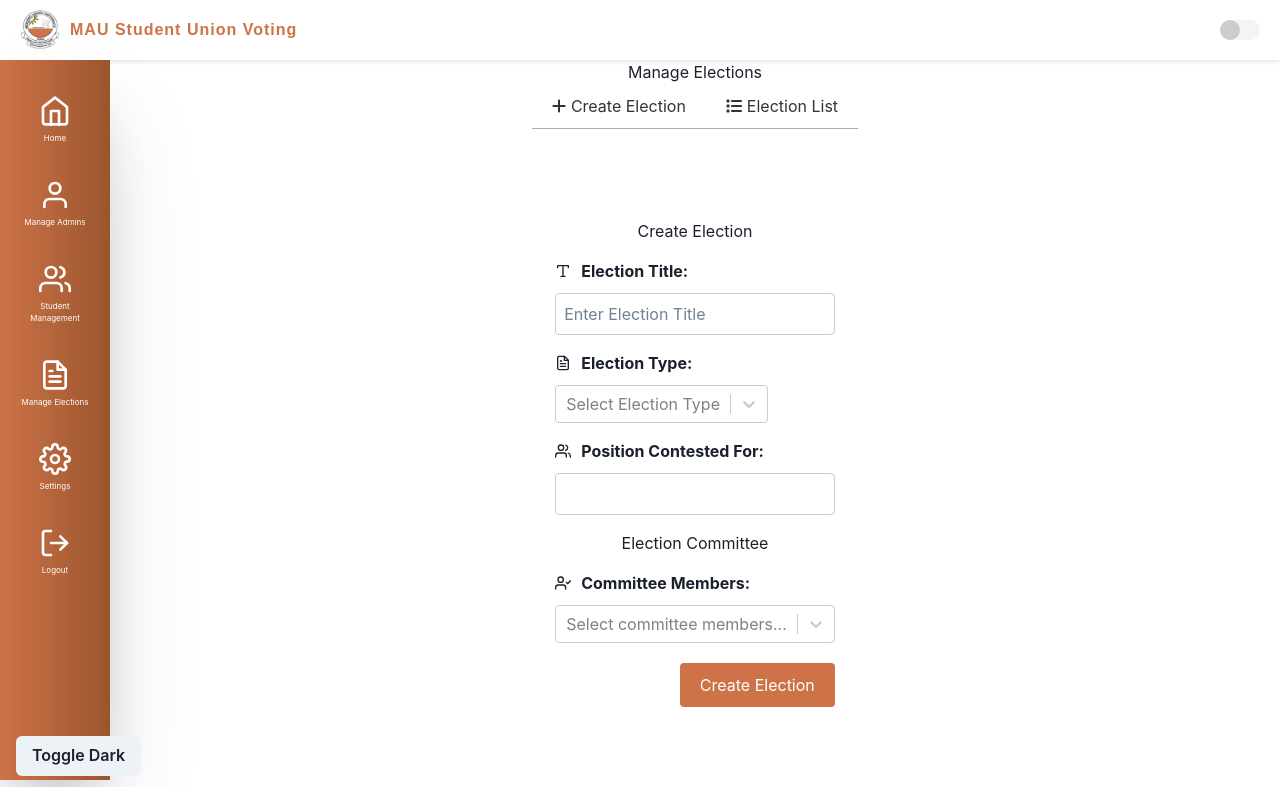
Repository: joena1o/e-vote
Page: /admin-dashboard/manage-elections
An editor plug-in stored every save of this project. The page is shown before and after the next save, followed by the edit.
The browser window is 1280 px wide. The pictures show the whole page.
The project was rebuilt for these pictures with package versions that can differ from the ones it lists, and the page was loaded fresh each time. Also part of the build but not shown: src/components/EnhancedLogin.js, src/components/maincontent/RegisterStudents/ManageStudents.js, src/components/maincontent/RegisterStudents/RegisterStudents.js, src/components/maincontent/RegisterStudents/StudentManagement.js, src/components/maincontent/ElectionResults/ViewResults.js, src/components/maincontent/Settings/Settings.js, src/api/index.js, src/components/maincontent/home/Home.styles.js and 5 more.

Above is the page before, as saved 2023-10-20 12:52:44.

### src/App.js
import React from 'react';
import { BrowserRouter as Router, Routes, Route, Navigate } from 'react-router-dom';
import EnhancedLogin from './components/EnhancedLogin';
import AdminDashboard from './components/AdminDashboard';
import { ChakraProvider, ColorModeProvider, Button, useColorMode } from '@chakra-ui/react';
import { Provider } from 'react-redux';
import store from './Redux/store';

// Component to toggle dark mode
function DarkModeToggle() {
  const { colorMode, toggleColorMode } = useColorMode();
  return (
    <Button onClick={toggleColorMode} position="fixed" m={4} zIndex={10}>
      Toggle {colorMode === 'light' ? 'Dark' : 'Light'}
    </Button>
  );
}

function App() {
  // Check if the current route is not the "/login" route, then render the DarkModeToggle
  const isLoginPage = window.location.pathname === '/login';

  return (
    <Provider store={store}>
      <ChakraProvider>
        <ColorModeProvider options={{ useSystemColorMode: true }}>
          <Router>
            <Routes>
              {/* Define your routes */}
              <Route path="/login" element={<EnhancedLogin />} />
              <Route path="/admin-dashboard/*" element={<AdminDashboard />} />
              {/* Redirect root to /admin-dashboard */}
              <Route path="/" element={<Navigate to="/admin-dashboard" replace />} />
            </Routes>
          </Router>
          {/* Render DarkModeToggle only if not on the "/login" page */}
          {!isLoginPage && <DarkModeToggle />}
        </ColorModeProvider>
      </ChakraProvider>
    </Provider>
  );
}

export default App;

### src/components/AdminDashboard.js
// AdminDashboard.js
import React from 'react';
import { Routes, Route } from 'react-router-dom';
import StudentManagement from './maincontent/RegisterStudents/StudentManagement';
import ViewResults from './maincontent/ElectionResults/ViewResults';
import Settings from './maincontent/Settings/Settings';
import Home from './maincontent/home/Home';
import ManageAdmin from './maincontent/ManageAdmins/ManageAdmins';
import ManageElections from './maincontent/ManageElections/ManageElections';
import Sidebar from './Sidebar';
import Navbar from './Navbar';
import styled from 'styled-components';

const Container = styled.div`
  display: flex;
  flex-direction: column;
  /* Add the following line to ensure Container fills the screen height */
  height: 100vh;
  width: 100%; /* Use 100% to fill the entire width of the screen */
`;


const Content = styled.div`
  display: flex;
  /* Add the following line to ensure Content fills the remaining screen space */
  flex: 1;
`;

const AdminDashboard = () => {
  return (
    <Container>
      <Navbar />
      <Content>
        <Sidebar />
        <Routes>
          <Route index element={<Home />} />
          <Route path="student-management" element={<StudentManagement />} />
          <Route path="view-results" element={<ViewResults />} />
          <Route path="settings" element={<Settings />} />
          <Route path="manage-admin" element={<ManageAdmin />} />
          <Route path="manage-elections" element={<ManageElections />} />
        </Routes>
      </Content>
    </Container>
  );
};

export default AdminDashboard;

### src/Redux/store.js
import { configureStore } from '@reduxjs/toolkit';
import electionReducer from './electionSlice';
import studentsReducer from './studentsSlice'; // Assuming you have a studentsSlice

const store = configureStore({
  reducer: {
    elections: electionReducer,
    students: studentsReducer, // Add the students reducer here
  },
});

export default store;

### src/components/maincontent/ManageElections/ManageElections.js
import React, { useState } from 'react';
import { Tab, TabList, TabPanel, Tabs } from 'react-tabs';
import 'react-tabs/style/react-tabs.css'; // Import styles for react-tabs
import styled from 'styled-components';
import CreateElections from './CreateElection';
import ElectionList from './ElectionList';
import { FontAwesomeIcon } from '@fortawesome/react-fontawesome';
import { faPlus, faList } from '@fortawesome/free-solid-svg-icons'; // Import Font Awesome icons

const FullHeightContainer = styled.div`
  height: 100%;
  display: flex;
  flex-direction: column;
  justify-content: flex-start;
  align-items: center;
  width: 100%;
`;

const TabsContainer = styled.div`
  text-align: center;
  width: 100%;
  max-width: 1200px;
  flex: 1;
  display: flex;
  flex-direction: column;
  align-items: center;
`;

const StyledTab = styled(Tab)`
  padding: 10px 20px;
  color: #333;
  cursor: pointer;
  margin: 0;
  display: flex;
  align-items: center;
  justify-content: center;
  transition: background-color 0.2s ease-in-out;

  &:hover {
    background-color: #e0e0e0;
  }

  &.react-tabs__tab--selected {
    background-color: #fff;
    border: none; /* Remove the border */
    border-radius: 5px 5px 0 0;
  }
`;

const IconWrapper = styled.div`
  margin-right: 5px;
`;

const ManageElections = () => {
  const [activeTab, setActiveTab] = useState(0);

  const handleTabChange = (index) => {
    setActiveTab(index);
  };

  return (
    <FullHeightContainer>
      <h1>Manage Elections</h1>
      <TabsContainer>
        <Tabs selectedIndex={activeTab} onSelect={handleTabChange}>
          <TabList style={{ display: 'flex', justifyContent: 'center' }}>
            <StyledTab>
              <IconWrapper>
                <FontAwesomeIcon icon={faPlus} />
              </IconWrapper>
              Create Election
            </StyledTab>
            <StyledTab>
              <IconWrapper>
                <FontAwesomeIcon icon={faList} />
              </IconWrapper>
              Election List
            </StyledTab>
          </TabList>
        </Tabs>
        <Tabs selectedIndex={activeTab} onSelect={handleTabChange}>
          <TabPanel>
            <CreateElections />
          </TabPanel>
          <TabPanel>
            <ElectionList />
          </TabPanel>
        </Tabs>
      </TabsContainer>
    </FullHeightContainer>
  );
};

export default ManageElections;

### src/components/Sidebar.js
import React from 'react';
import styled from 'styled-components';
import { Link } from 'react-router-dom';
import { FiHome, FiUser, FiUsers, FiFileText, FiSettings, FiLogOut } from 'react-icons/fi';
import { useColorMode } from '@chakra-ui/react';

const SidebarContainer = styled.nav`
  background: ${props => (props.theme === 'dark' ? '#333' : 'linear-gradient(to right, #ce7348, #9a552e)')};
  padding: 15px;
  height: 100vh;
  color: #fff;
  box-shadow: rgba(50, 50, 93, 0.25) 0px 50px 100px -20px, rgba(0, 0, 0, 0.3) 0px 30px 60px -30px;
  display: flex;
  flex-direction: column;
`;

const LinkList = styled.ul`
  list-style-type: none;
  padding: 0;
  flex: 1;
`;

const StyledLink = styled(Link)`
  text-decoration: none;
  color: #fff;
  display: flex;
  flex-direction: column;
  align-items: center;
  transition: color 0.3s ease;
  margin-bottom: 15px;
  cursor: pointer;
  font-size: 0.5rem;

  &:hover {
    color: #fce364;
  }

  width: 80px;
  text-align: center;
  word-wrap: break-word;
  overflow-wrap: break-word;

  @media (max-width: 768px) {
    font-size: 0.4rem;
  }

  @media (max-width: 480px) {
    font-size: 0.3rem;
  }
`;

const LinkItem = styled.li`
  display: flex;
  align-items: center;
  margin-top: 20px;
`;

const Icon = styled.div`
  font-size: 2rem;
  color: #fff;

  @media (max-width: 768px) {
    font-size: 0.9rem;
  }

  @media (max-width: 480px) {
    font-size: 0.8rem;
  }

  margin-bottom: 5px;

  ${StyledLink}:hover & {
    color: #fce364;  // Change icon color when the link is hovered
  }
`;

function Sidebar() {
  const { colorMode } = useColorMode();

  return (
    <SidebarContainer theme={colorMode}>
      <LinkList>
        <LinkItem>
          <StyledLink to="/admin-dashboard">
            <Icon><FiHome /></Icon>
            Home
          </StyledLink>
        </LinkItem>
        <LinkItem>
          <StyledLink to="/admin-dashboard/manage-admin">
            <Icon><FiUser /></Icon>
            Manage Admins
          </StyledLink>
        </LinkItem>
        <LinkItem>
          <StyledLink to="/admin-dashboard/student-management">
            <Icon><FiUsers /></Icon>
            Student Management
          </StyledLink>
        </LinkItem>
        <LinkItem>
          <StyledLink to="/admin-dashboard/manage-elections">
            <Icon><FiFileText /></Icon>
            Manage Elections
          </StyledLink>
        </LinkItem>
        <LinkItem>
          <StyledLink to="/admin-dashboard/settings">
            <Icon><FiSettings /></Icon>
            Settings
          </StyledLink>
        </LinkItem>
        <LinkItem>
          <StyledLink to="/logout">
            <Icon><FiLogOut /></Icon>
            Logout
          </StyledLink>
        </LinkItem>
      </LinkList>
    </SidebarContainer>
  );
}

export default Sidebar;

### src/components/Navbar.js
import React from 'react';
import styled, { createGlobalStyle } from 'styled-components';
import logo from '../assets/school_logo.jpg';
import { useColorMode } from '@chakra-ui/react';

const GlobalStyle = createGlobalStyle`
  body {
    background-color: ${props => (props.theme === 'dark' ? '#333' : '#fff')};
    color: ${props => (props.theme === 'dark' ? '#fff' : '#000')}; // Set other component texts to black in light mode
  }
`;

const Header = styled.header`
  background: ${props => (props.theme === 'dark' ? '#333' : '#fff')};
  color: ${props => (props.theme === 'dark' ? '#fff' : '#ce7348')}; // Set navbar text to brown in light mode
  padding: 10px 20px;
  display: flex;
  align-items: center;
  justify-content: flex-start;
  box-shadow: 0px 2px 4px rgba(0, 0, 0, 0.1);
  font-family: 'Poppins', sans-serif;
`;


const Logo = styled.img`
  width: 40px;
  height: 40px;
  border-radius: 20px;
  margin-right: 10px;
`;

const Title = styled.h1`
  margin: 0;
  padding: 0;
  font-size: 1rem;
  font-weight: 600;
  letter-spacing: 1px;
`;

const ToggleSlider = styled.label`
  display: flex;
  align-items: center;
  cursor: pointer;
  margin-left: auto;
`;

const SliderInput = styled.input.attrs({ type: 'checkbox' })`
  display: none;
`;

const Slider = styled.div`
  width: 40px;
  height: 20px;
  background-color: ${props => (props.theme === 'dark' ? '#333' : '#f4f4f4')};
  border-radius: 20px;
  position: relative;
  transition: background-color 0.3s ease;
  cursor: pointer;

  &::after {
    content: '';
    width: 20px;
    height: 20px;
    border-radius: 50%;
    background-color: ${props => (props.theme === 'dark' ? '#fff' : '#ccc')};
    position: absolute;
    top: 50%;
    transform: translateY(-50%);
    left: ${props => (props.theme === 'dark' ? '20px' : '0')};
    transition: left 0.3s ease;
  }
`;

function Navbar() {
  const { colorMode, toggleColorMode } = useColorMode();

  return (
    <>
      <GlobalStyle theme={colorMode} />
      <Header theme={colorMode}>
        <Logo src={logo} alt="University Logo" />
        <Title>MAU Student Union Voting</Title>
        <ToggleSlider>
          <SliderInput type="checkbox" onChange={toggleColorMode} />
          <Slider theme={colorMode} />
        </ToggleSlider>
      </Header>
    </>
  );
}

export default Navbar;

### src/Redux/electionSlice.js
/*import { createSlice, createAsyncThunk } from '@reduxjs/toolkit';
import { API, graphqlOperation } from 'aws-amplify';
import { createElection as createElectionAPI } from '../graphql/mutations';

export const createElection = createAsyncThunk(
  'elections/createElection',
  async (election, { rejectWithValue }) => {
    try {
      const result = await API.graphql(graphqlOperation(createElectionAPI, { input: election }));
      return result.data.createElection;
    } catch (error) {
      return rejectWithValue(error);
    }
  }
);

const electionSlice = createSlice({
  name: 'elections',
  initialState: [],
  reducers: {},
  extraReducers: (builder) => {
    builder.addCase(createElection.fulfilled, (state, action) => {
      state.push(action.payload);
    });
  },
});

export default electionSlice.reducer;
*/

### src/Redux/studentsSlice.js
import { createSlice } from '@reduxjs/toolkit';

export const studentsSlice = createSlice({
  name: 'students',
  initialState: [],
  reducers: {
    addStudents: (state, action) => {
      // Add students to the Redux store
      action.payload.forEach(student => {
        state.push(student);
      });
    },
  },
});

export const { addStudents } = studentsSlice.actions;

export default studentsSlice.reducer;

### src/components/maincontent/ManageElections/CreateElection.js
import React, { useState } from 'react';
import styled from 'styled-components';
import Select from 'react-select';
import { FiCalendar, FiUsers, FiFileText, FiUserCheck, FiClipboard, FiType } from 'react-icons/fi';

const Form = styled.form`
  background: rgba(255,255,255,0.3);
  padding: 3em;
  border-radius: 0;
  backdrop-filter: blur(10px);
  max-width: 600px;
  margin: 2em auto;
`;

const FormField = styled.div`
  display: flex;
  flex-direction: column;
  margin: 1em 0;
  align-items: start;
`;

const FormLabel = styled.label`
  font-weight: bold;
  margin-bottom: 10px;
  display: flex;
  align-items: center;
  gap: 10px;
`;

const FormInput = styled.input`
  width: 100%;
  padding: 0.5rem;
  border: 1px solid #ccc;
  border-radius: 4px;
  font-size: 1rem;
`;

const SubmitButton = styled.button`
  margin-top: 20px;
  padding: 10px 20px;
  background-color: #ce7348;
  border: none;
  border-radius: 4px;
  font-size: 1rem;
  color: white;
  cursor: pointer;
  display: block;
  margin-left: auto;
`;

const CreateElection = () => {
  const [electionType, setElectionType] = useState('');
  const [selectedCommittee, setSelectedCommittee] = useState([]);

  const students = [
    { value: 'john.doe@example.com', label: 'John Doe' },
    { value: 'jane.smith@example.com', label: 'Jane Smith' },
    // Add more students as required
  ];


const electionTypeOptions = [
  { value: 'general', label: 'General' },
  { value: 'faculty', label: 'Faculty' },
  { value: 'department', label: 'Department' }
];

return (
  <Form>
    <h2>Create Election</h2>

    <FormField>
      <FormLabel htmlFor="electionTitle">
        <FiType />
        Election Title:
      </FormLabel>
      <FormInput id="electionTitle" name="electionTitle" type="text" placeholder="Enter Election Title" />
    </FormField>

    <FormField>
      <FormLabel htmlFor="electionType">
        <FiFileText />
        Election Type:
      </FormLabel>
      <Select
          id="electionType"
          options={electionTypeOptions}
          onChange={(option) => setElectionType(option.value)}
          placeholder="Select Election Type"
      />
    </FormField>

    {(electionType === 'faculty' || electionType === 'department') && (
      <FormField>
        <FormLabel htmlFor="name">
          <FiClipboard />
          {electionType.charAt(0).toUpperCase() + electionType.slice(1)} Name:
        </FormLabel>
        <FormInput id="name" name="name" type="text" />
      </FormField>
    )}

    <FormField>
      <FormLabel htmlFor="position">
        <FiUsers />
        Position Contested For:
      </FormLabel>
      <FormInput id="position" name="position" type="text" />
    </FormField>

    <h3>Election Committee</h3>
    <FormField>
      <FormLabel>
        <FiUserCheck />
        Committee Members:
      </FormLabel>
      <Select
        isMulti
        options={students}
        onChange={setSelectedCommittee}
        placeholder="Select committee members..."
      />
    </FormField>

    <SubmitButton>Create Election</SubmitButton>
  </Form>
);
};

export default CreateElection;

Loaded but not shown: public/index.html (common file); src/index.js (common file); src/index.css (common file); src/reportWebVitals.js (common file)

After the next save:
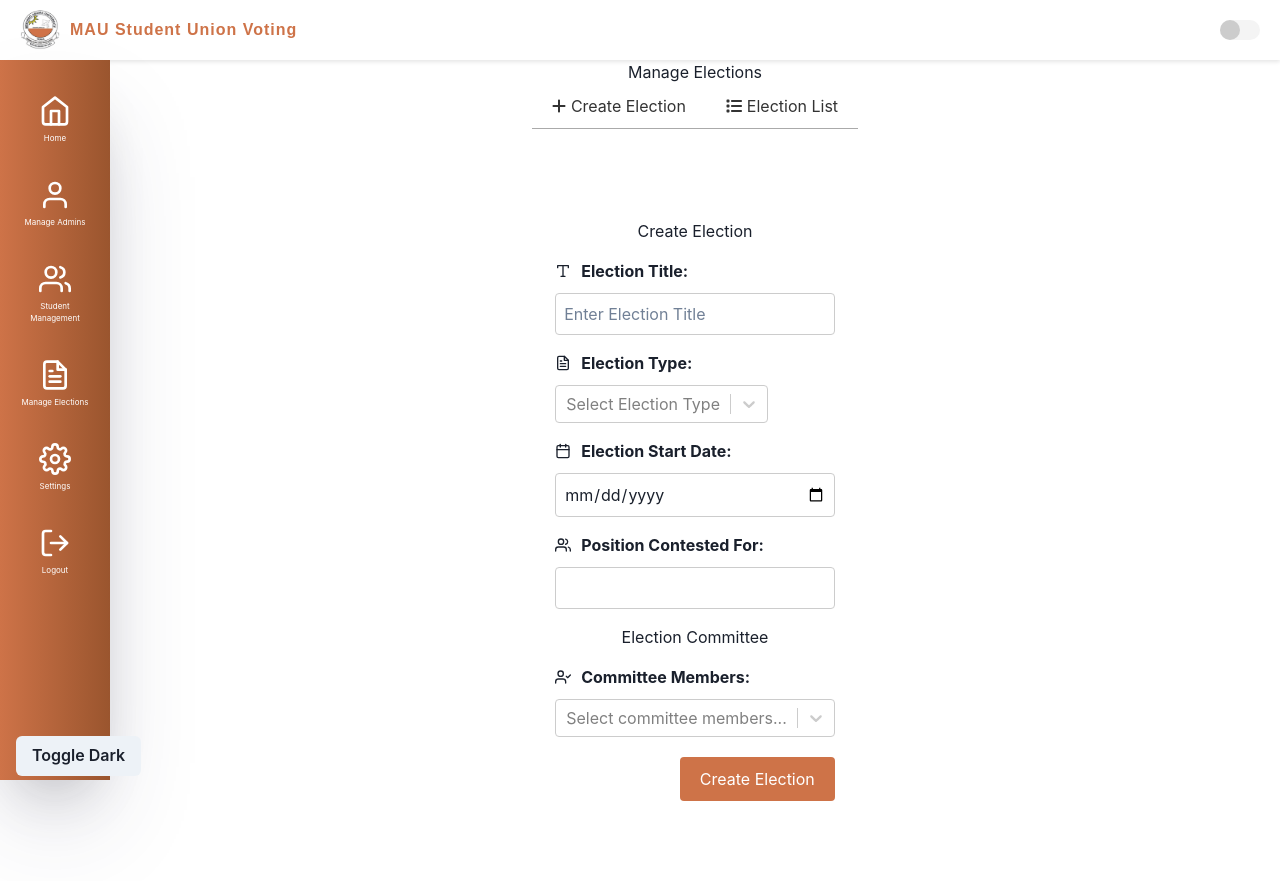
Saved 5 min 17 s later.
--- a/src/components/maincontent/ManageElections/CreateElection.js
+++ b/src/components/maincontent/ManageElections/CreateElection.js
@@ -100,6 +100,14 @@ return (
       </FormField>
     )}
 
+<FormField>
+        <FormLabel htmlFor="startDate">
+          <FiCalendar />
+          Election Start Date:
+        </FormLabel>
+        <FormInput id="startDate" name="startDate" type="date" />
+      </FormField>
+
     <FormField>
       <FormLabel htmlFor="position">
         <FiUsers />
